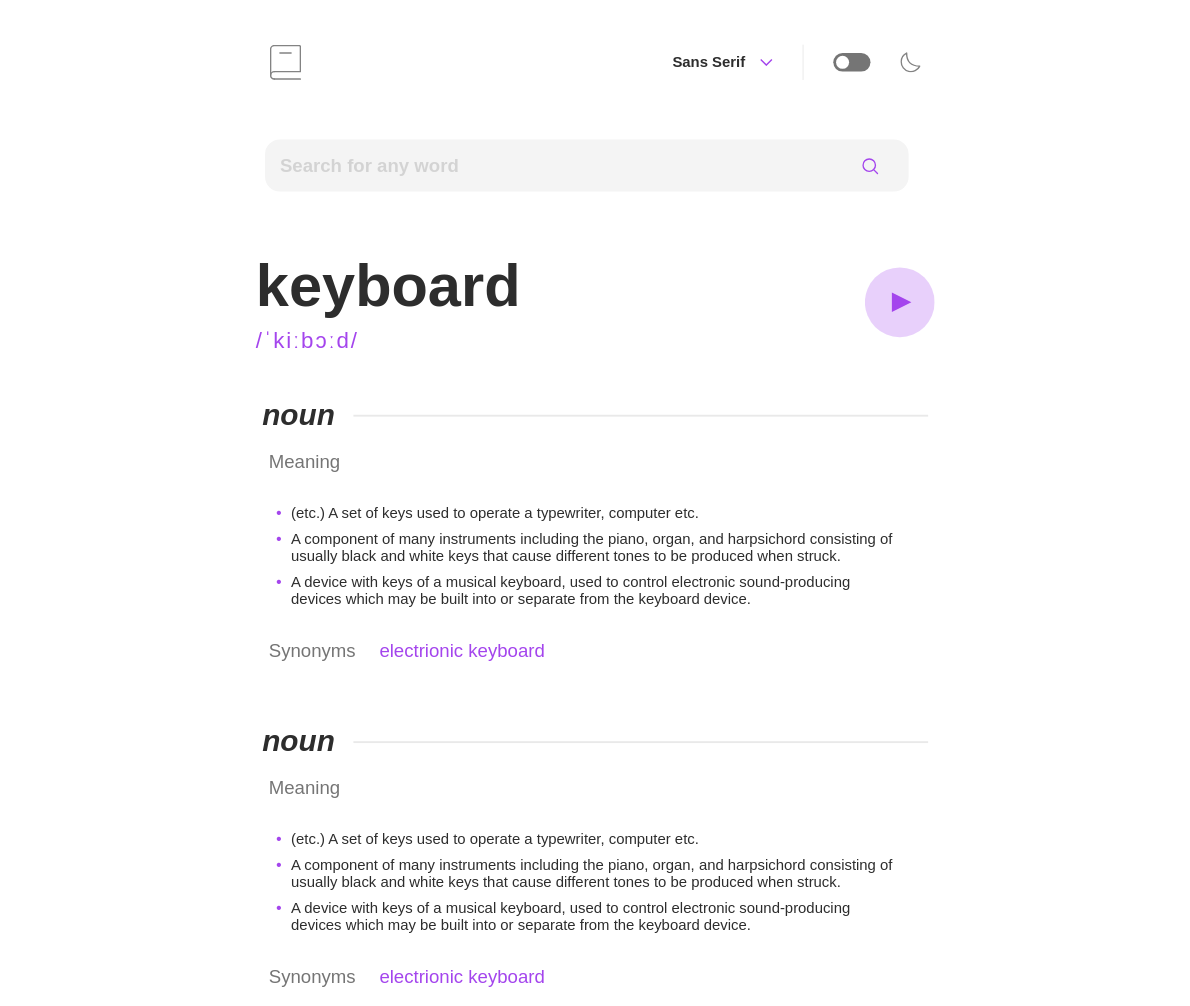
Repository: Arkitecth/dictionary-app
Page: index.html
The author's editor kept a copy of each file at every save. The page is drawn from the files as they stood at one save, then again after the next save.
The browser window is 1280 px wide. The pictures show the whole page, at 93% of full size.

Above is the page before, as saved 2023-07-20 16:46:41.

After the next save:
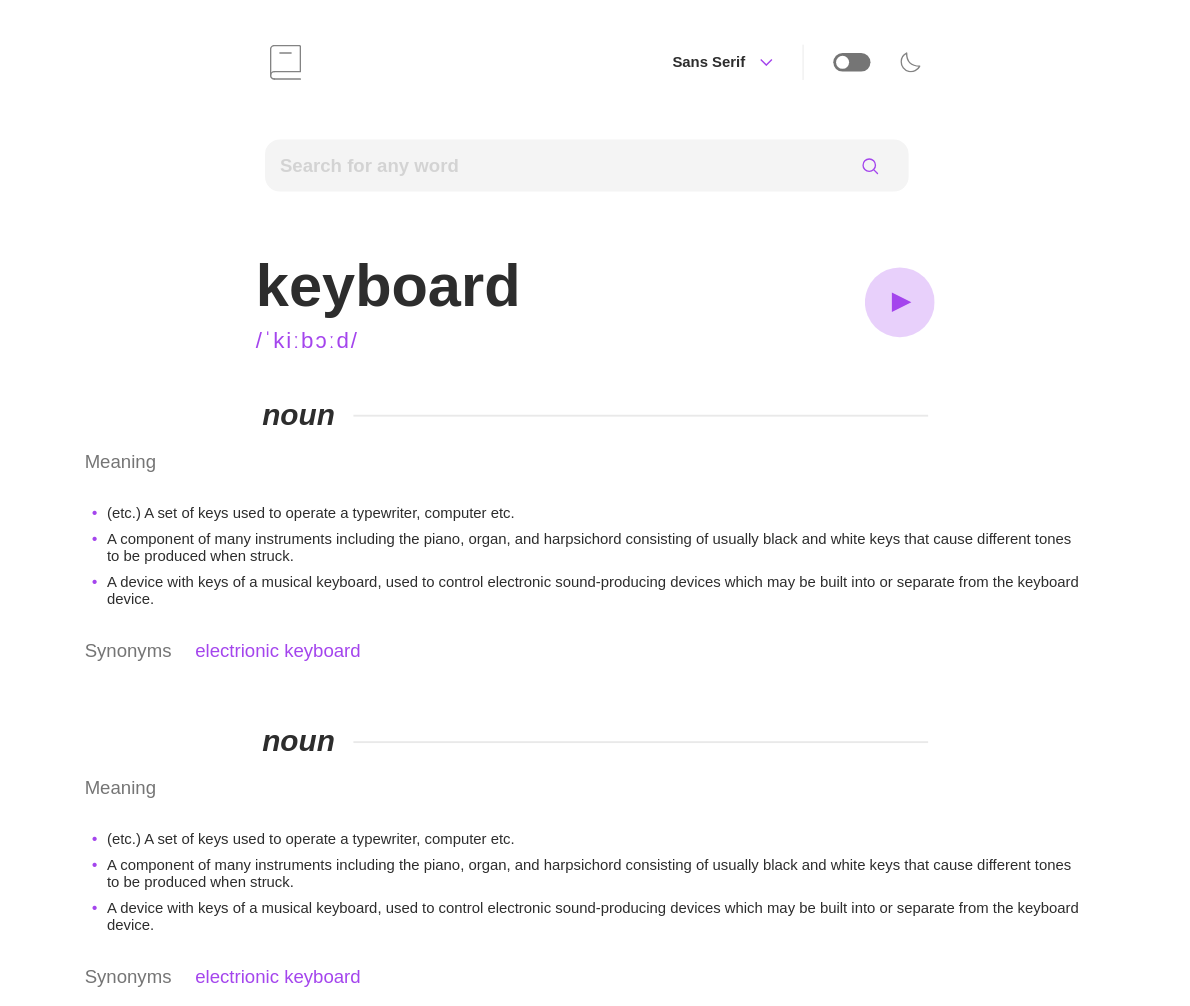
Saved 13 s later.
--- a/styles.css
+++ b/styles.css
@@ -214,9 +214,8 @@
     /* width: fit-content;
     margin: 0 auto;
     margin-top: 2rem; */
-    width: 64%;
+    width: 6;
     margin: 0 auto;
-
 
 }
 .description p {
